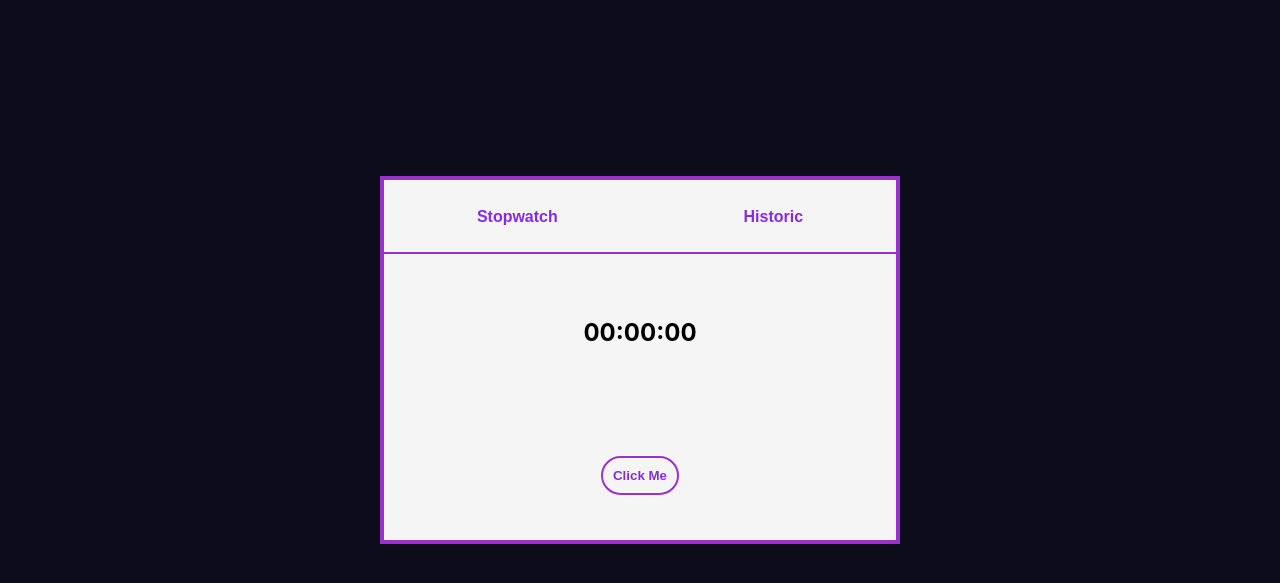
Repository: NicolasRSJ/fastdoubleclick
Page: /
An editor plug-in stored every save of this project. The page is shown before and after the next save, followed by the edit.
The browser window is 1280 px wide. The pictures show the whole page.
The project was rebuilt for these pictures with package versions that can differ from the ones it lists, and the page was loaded fresh each time.

Above is the page before, as saved 2022-10-27 22:06:16.

After the next save:
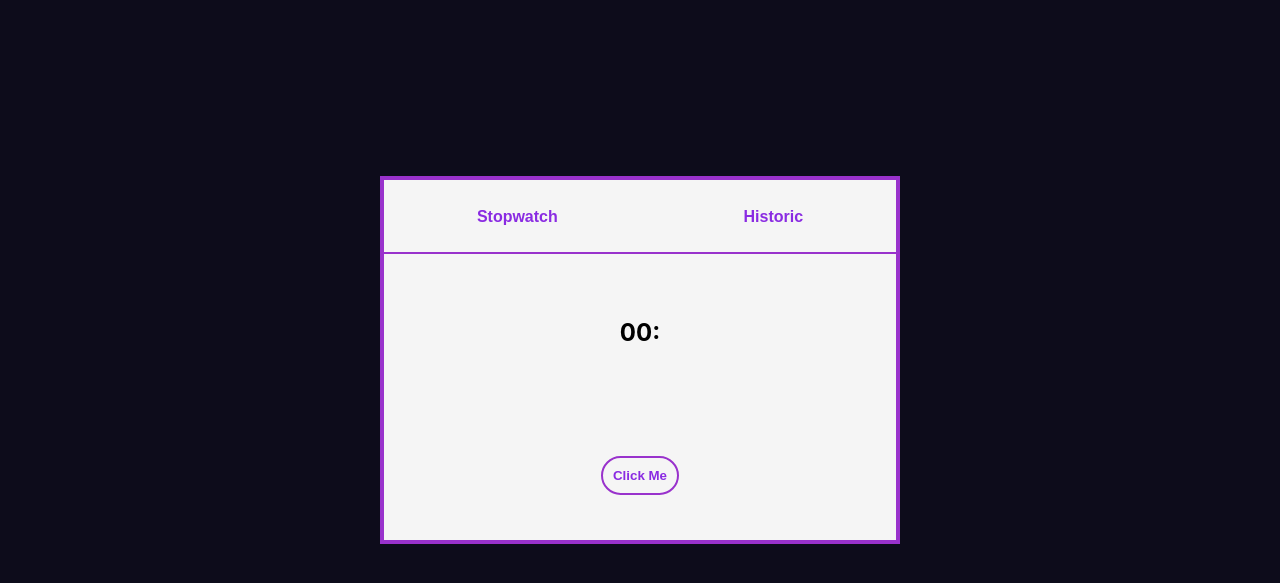
Saved 10 min 54 s later.
--- a/src/Views/Stopwatch/Index.jsx
+++ b/src/Views/Stopwatch/Index.jsx
@@ -34,8 +34,7 @@
         <section className="contents">
             <h1>
                 <span>{("0" + (Math.floor(time / 60000) % 60)).slice(-2)}:</span>
-                <span>{("0" + (Math.floor(time / 1000) % 60)).slice(-2)}:</span>
-                <span>{("0" + (Math.floor(time / 10) % 100)).slice(-2)}</span>
+
             </h1>
             <button onClick={() => {setStart(true)}}>Click Me</button>
         </section>

After the save that followed:
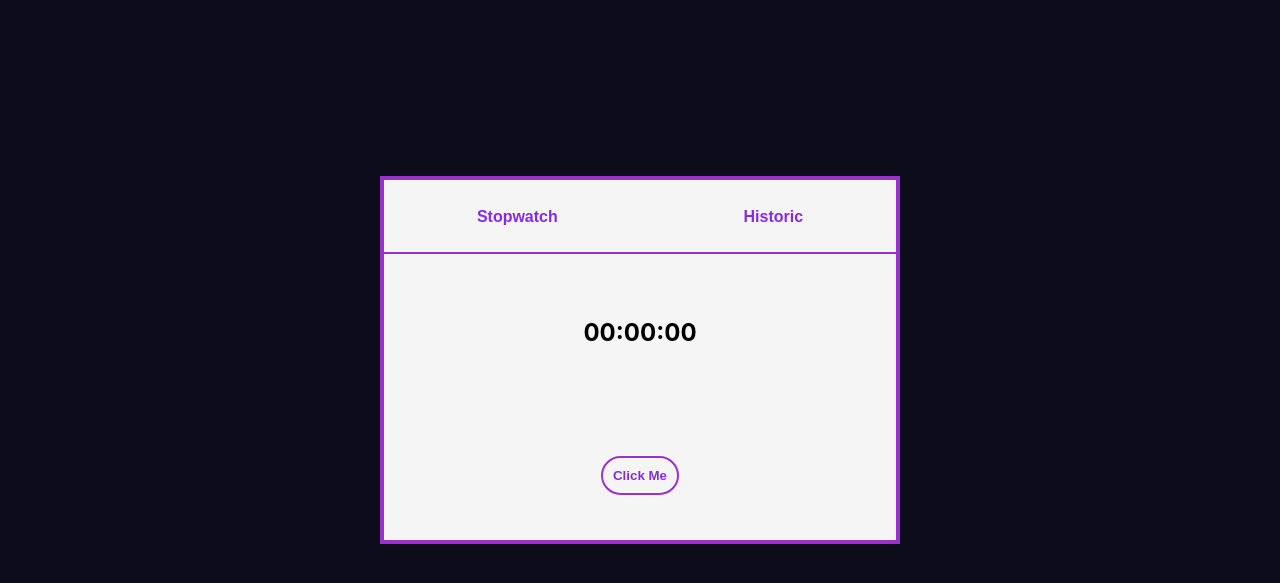
Saved 24 s later.
--- a/src/Views/Stopwatch/Index.jsx
+++ b/src/Views/Stopwatch/Index.jsx
@@ -33,8 +33,9 @@
         </nav>
         <section className="contents">
             <h1>
-                <span>{("0" + (Math.floor(time / 60000) % 60)).slice(-2)}:</span>
-
+                <span>{("0" + (Math.floor(time / 60) % 60)).slice(-2)}:</span>
+                <span>{("0" + (Math.floor(time / 10) % 60)).slice(-2)}:</span>
+                <span>{("0" + (Math.floor(time / 10) % 100)).slice(-2)}</span>
             </h1>
             <button onClick={() => {setStart(true)}}>Click Me</button>
         </section>
